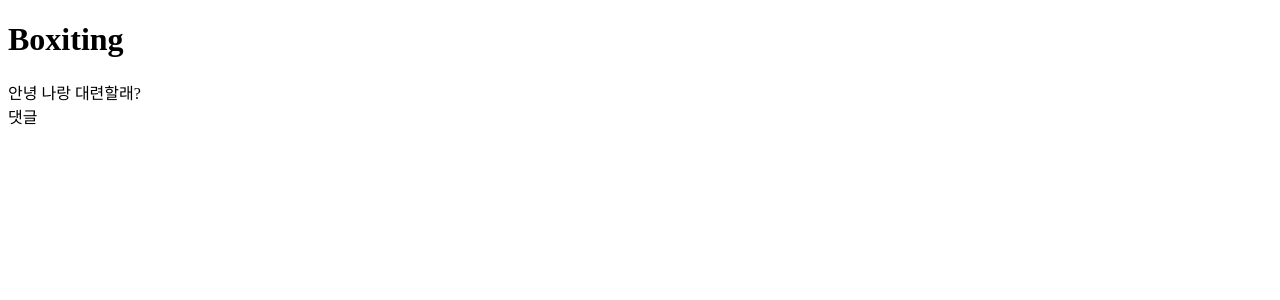
Repository: zeratool0207/boxiting
Page: index.html
The author's editor kept a copy of each file at every save. The page is drawn from the files as they stood at one save, then again after the next save.
The browser window is 1280 px wide. The pictures show the whole page.

Above is the page before, as saved 2022-05-15 15:17:23.

### index.html
<!DOCTYPE html>
<html lang="en">
<head>
    <meta charset="UTF-8">
    <meta http-equiv="X-UA-Compatible" content="IE=edge">
    <meta name="viewport" content="width=device-width, initial-scale=1.0">
    <title>Document</title>
</head>
<body>
    <h1>Boxiting</h1>
    <div>안녕 나랑 대련할래?</div>
    <div>댓글</div>
</body>
</html>

After the next save:
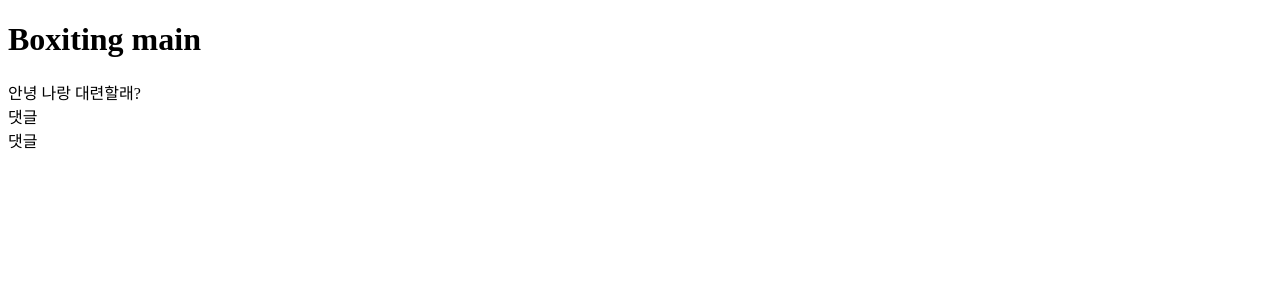
Saved 6 days later.
--- a/index.html
+++ b/index.html
@@ -7,8 +7,9 @@
     <title>Document</title>
 </head>
 <body>
-    <h1>Boxiting</h1>
+    <h1>Boxiting main</h1>
     <div>안녕 나랑 대련할래?</div>
+    <div>댓글</div>
     <div>댓글</div>
 </body>
 </html>
